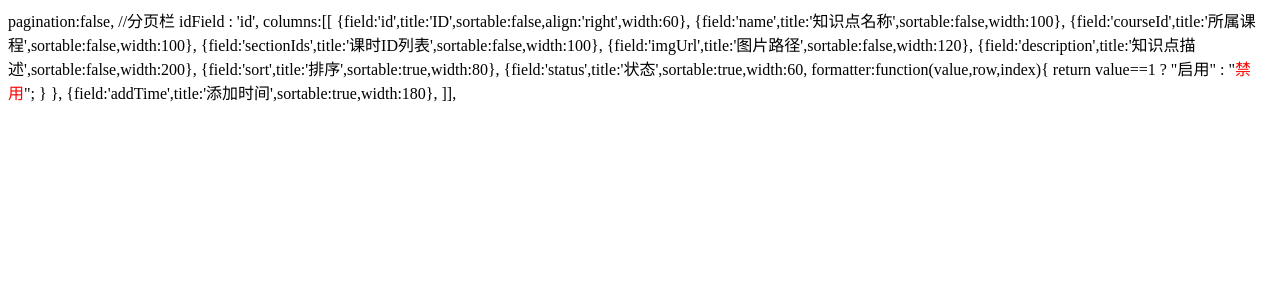
Repository: pridewu/hipi
Page: Education_dev_platform/branches/v1/Application/System/View/v1/Notice/index.html
An editor plug-in stored every save of this project. The page is shown before and after the next save, followed by the edit.
The browser window is 1280 px wide. The pictures show the whole page.

Above is the page before, as saved 2014-12-03 09:38:05.

### Education_dev_platform/branches/v1/Application/System/View/v1/Notice/index.html
<extend name="./base_list" />
<block name="datagrid_img">
    <div id="datagrid_img" class="datagrid_img" style="display: none;">

    </div>
</block>
<block name="datagrid">
		pagination:false, //分页栏
		idField : 'id',
	    columns:[[
            {field:'id',title:'ID',sortable:false,align:'right',width:60},
         <!--    {field:'content',title:'公告名称',sortable:false,width:100}, -->
            {field:'name',title:'知识点名称',sortable:false,width:100},
            {field:'courseId',title:'所属课程',sortable:false,width:100},
            {field:'sectionIds',title:'课时ID列表',sortable:false,width:100},
            {field:'imgUrl',title:'图片路径',sortable:false,width:120},
            {field:'description',title:'知识点描述',sortable:false,width:200},
            {field:'sort',title:'排序',sortable:true,width:80},
            {field:'status',title:'状态',sortable:true,width:60,
            	formatter:function(value,row,index){
            		return value==1 ? "启用" : "<font color=red>禁用</font>";
            	}
            },
            {field:'addTime',title:'添加时间',sortable:true,width:180},
        ]],
</block>

After the next save:
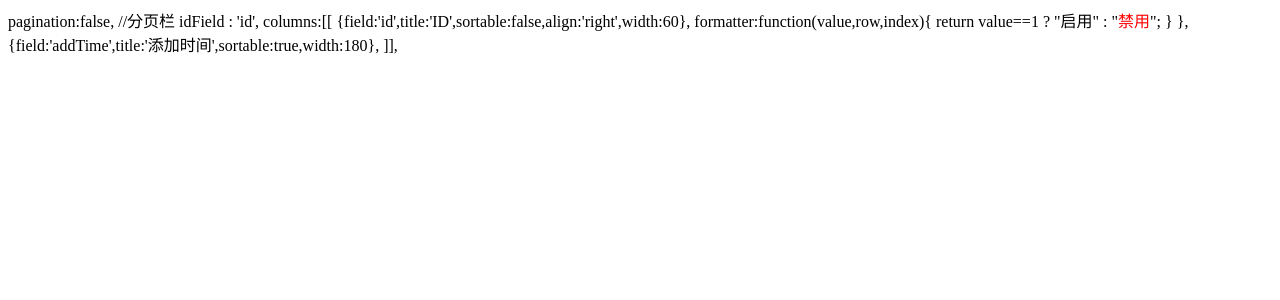
Saved 4 min 16 s later.
--- a/Education_dev_platform/branches/v1/Application/System/View/v1/Notice/index.html
+++ b/Education_dev_platform/branches/v1/Application/System/View/v1/Notice/index.html
@@ -10,13 +10,13 @@
 	    columns:[[
             {field:'id',title:'ID',sortable:false,align:'right',width:60},
          <!--    {field:'content',title:'公告名称',sortable:false,width:100}, -->
-            {field:'name',title:'知识点名称',sortable:false,width:100},
+<!--             {field:'name',title:'知识点名称',sortable:false,width:100},
             {field:'courseId',title:'所属课程',sortable:false,width:100},
             {field:'sectionIds',title:'课时ID列表',sortable:false,width:100},
             {field:'imgUrl',title:'图片路径',sortable:false,width:120},
             {field:'description',title:'知识点描述',sortable:false,width:200},
             {field:'sort',title:'排序',sortable:true,width:80},
-            {field:'status',title:'状态',sortable:true,width:60,
+            {field:'status',title:'状态',sortable:true,width:60, -->
             	formatter:function(value,row,index){
             		return value==1 ? "启用" : "<font color=red>禁用</font>";
             	}
